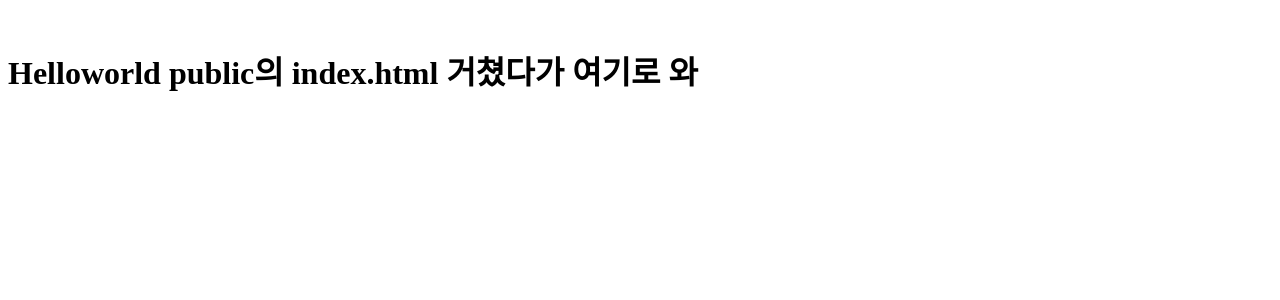
Repository: GEOkettle/SPRING_BLOG
Page: blog/src/main/resources/public/html/main/index.html
An editor plug-in stored every save of this project. The page is shown before and after a run of saves, followed by the edit.
The browser window is 1280 px wide. The pictures show the whole page.

Above is the page before, as saved 2023-03-28 00:33:27.

### blog/src/main/resources/public/html/main/index.html
<!DOCTYPE html>
<html>

<head>
    <meta charset="utf-8" />
    <meta http-equiv="X-UA-Compatible" content="IE=edge">
    <title></title>
    <meta name="viewport" content="width=device-width, initial-scale=1.0 ,maximum-scale=1.0, minimum-scale=1.0,user-scalable=no">
</head>

   <body>
   <br />

   <h1> Helloworld  public의 index.html 거쳤다가 여기로 와 </h1>
   </body>

After the next 5 saves:
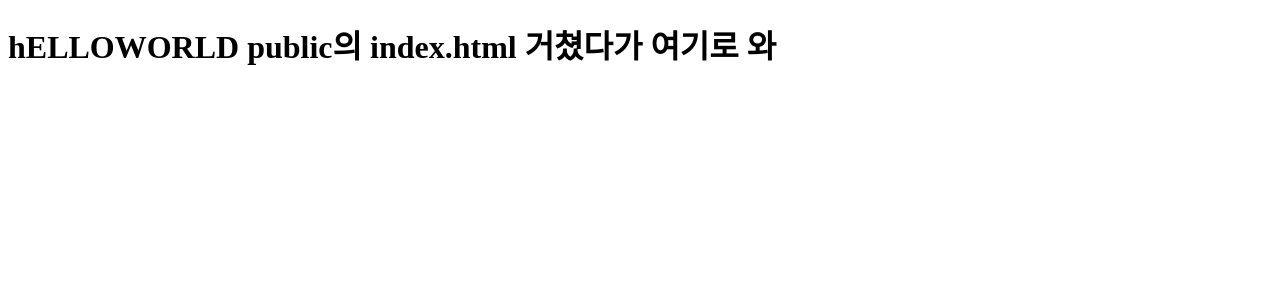
The 5 saves are shown as one change because they came seconds apart.
The last was saved 21 s later.
--- a/blog/src/main/resources/public/html/main/index.html
+++ b/blog/src/main/resources/public/html/main/index.html
@@ -9,7 +9,7 @@
 </head>
 
    <body>
-   <br />
 
-   <h1> Helloworld  public의 index.html 거쳤다가 여기로 와 </h1>
+
+   <h1> hELLOWORLD  public의 index.html 거쳤다가 여기로 와 </h1>
    </body>
